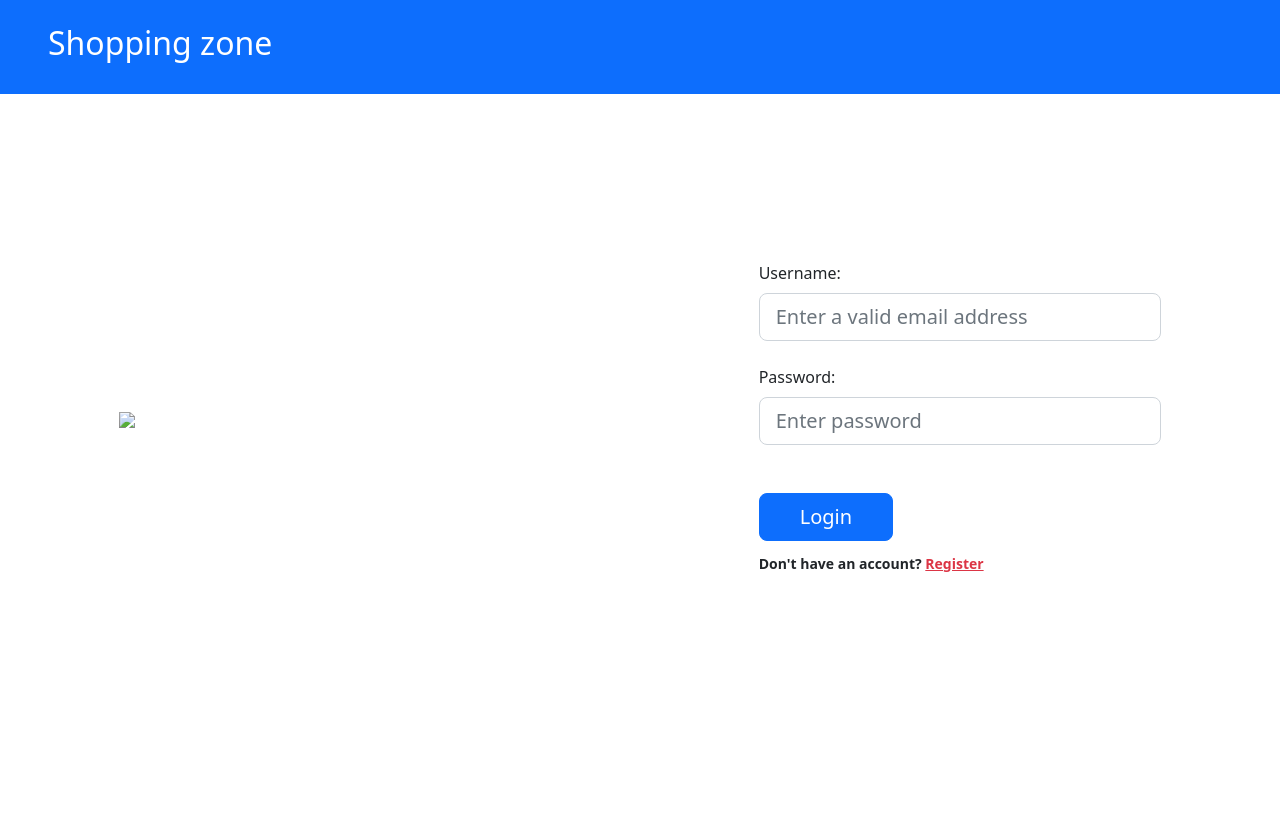
Repository: Rishicollinz/Java_Fullstack
Page: http://localhost/shoppingzone/login
The author's editor kept a copy of each file at every save. The page is drawn from the files as they stood at one save, then again after the next save.
The browser window is 1280 px wide. The pictures show the whole page.
The page is served by Tomcat 9. Other server files are loaded and not shown. Queries for data that is not in the repository find no rows.

Above is the page before, as saved 2023-05-21 05:18:30.

### Eclipse 2/shoppingzone/src/main/webapp/login.jsp
<%@ page language="java" contentType="text/html; charset=UTF-8"
    pageEncoding="UTF-8"%>
    <%@ taglib prefix="c" uri="http://java.sun.com/jsp/jstl/core" %>
<!DOCTYPE html>
<html>
<head>
<meta charset="UTF-8">
<title>Login page</title>

<meta charset="utf-8">
  <meta name="viewport" content="width=device-width, initial-scale=1">
  <link href="https://cdn.jsdelivr.net/npm/bootstrap@5.2.3/dist/css/bootstrap.min.css" rel="stylesheet">
  <script src="https://cdn.jsdelivr.net/npm/bootstrap@5.2.3/dist/js/bootstrap.bundle.min.js"></script>
<style>
.divider:after,
.divider:before {
content: "";
flex: 1;
height: 1px;
background: #eee;
}
.h-custom {
height: calc(100% - 73px);
}
@media (max-width: 450px) {
.h-custom {
height: 100%;
}
}
</style>
</head>

<body>
<div
    class="d-flex flex-column flex-md-row text-center text-md-start justify-content-between py-4 px-4 px-xl-5 bg-primary">
<h2 style="color: white">Shopping zone</h2>
</div>
<section class="vh-100">
  <div class="container-fluid h-custom">
    <div class="row d-flex justify-content-center align-items-center h-100">
      <div class="col-md-9 col-lg-6 col-xl-5">
		  <img src="img/szlogo.png">
      </div>
      <div class="col-md-8 col-lg-6 col-xl-4 offset-xl-1">
        <form action="login" method="post">


          <!-- Username input -->
          <div class="form-outline mb-4">
          	<label class="form-label" for="form3Example3">Username:</label>
            <input type="text" id="form3Example3" class="form-control form-control-lg"
              placeholder="Enter a valid email address" name="username"/>
          </div>

          <!-- Password input -->
          <div class="form-outline mb-3">
          	<label class="form-label" for="form3Example4">Password:</label>
            <input type="password" id="form3Example4" class="form-control form-control-lg"
              placeholder="Enter password" name="password" />
          </div>

          <div class="d-flex justify-content-between align-items-center">

          </div>

          <div class="text-center text-lg-start mt-4 pt-2">
            <button type="submit" class="btn btn-primary btn-lg"
              style="padding-left: 2.5rem; padding-right: 2.5rem;">Login</button>
            <p class="small fw-bold mt-2 pt-1 mb-0">Don't have an account? <a href="register.jsp"
                class="link-danger">Register</a></p>
          </div>

        </form>
      </div>
    </div>
  </div>
</section>

</body>
</html>

### Eclipse 2/shoppingzone/src/main/java/login/LoginUserServlet.java
package login;

import java.io.IOException;
import java.sql.SQLException;

import javax.servlet.RequestDispatcher;
import javax.servlet.ServletException;
import javax.servlet.annotation.WebServlet;
import javax.servlet.http.HttpServlet;
import javax.servlet.http.HttpServletRequest;
import javax.servlet.http.HttpServletResponse;

/**
 * Servlet implementation class LoginUserServlet
 */
@WebServlet("/")
public class LoginUserServlet extends HttpServlet {
	private static final long serialVersionUID = 1L;
	private LoginUserDao loginUserDao;

    /**
     * Default constructor.
     */
    public LoginUserServlet() {
        // TODO Auto-generated constructor stub
    	this.loginUserDao=new LoginUserDao();
    }

	/**
	 * @see HttpServlet#doGet(HttpServletRequest request, HttpServletResponse response)
	 */
	protected void doGet(HttpServletRequest request, HttpServletResponse response) throws ServletException, IOException {
		// TODO Auto-generated method stub
		String action=request.getServletPath();
		try{
			switch(action) {
				case "/login":
					loginCheck(request,response);
					break;
			}
		}catch(Exception e) {
			throw new ServletException(e);
		}
	}

	private void loginCheck(HttpServletRequest request, HttpServletResponse response) throws ServletException,SQLException, IOException {
		// TODO Auto-generated method stub

		String username=request.getParameter("username");
		String password=request.getParameter("password");
		Boolean verify=loginUserDao.loginVerify(username, password);
		if(verify==false) {
			System.out.println("false");
			RequestDispatcher dis=request.getRequestDispatcher("login.jsp");
			dis.forward(request, response);
		}if(verify==true) {
			response.sendRedirect("register.jsp");
		}

	}

	/**
	 * @see HttpServlet#doPost(HttpServletRequest request, HttpServletResponse response)
	 */
	protected void doPost(HttpServletRequest request, HttpServletResponse response) throws ServletException, IOException {
		// TODO Auto-generated method stub
		doGet(request, response);
	}

}

After the next save:
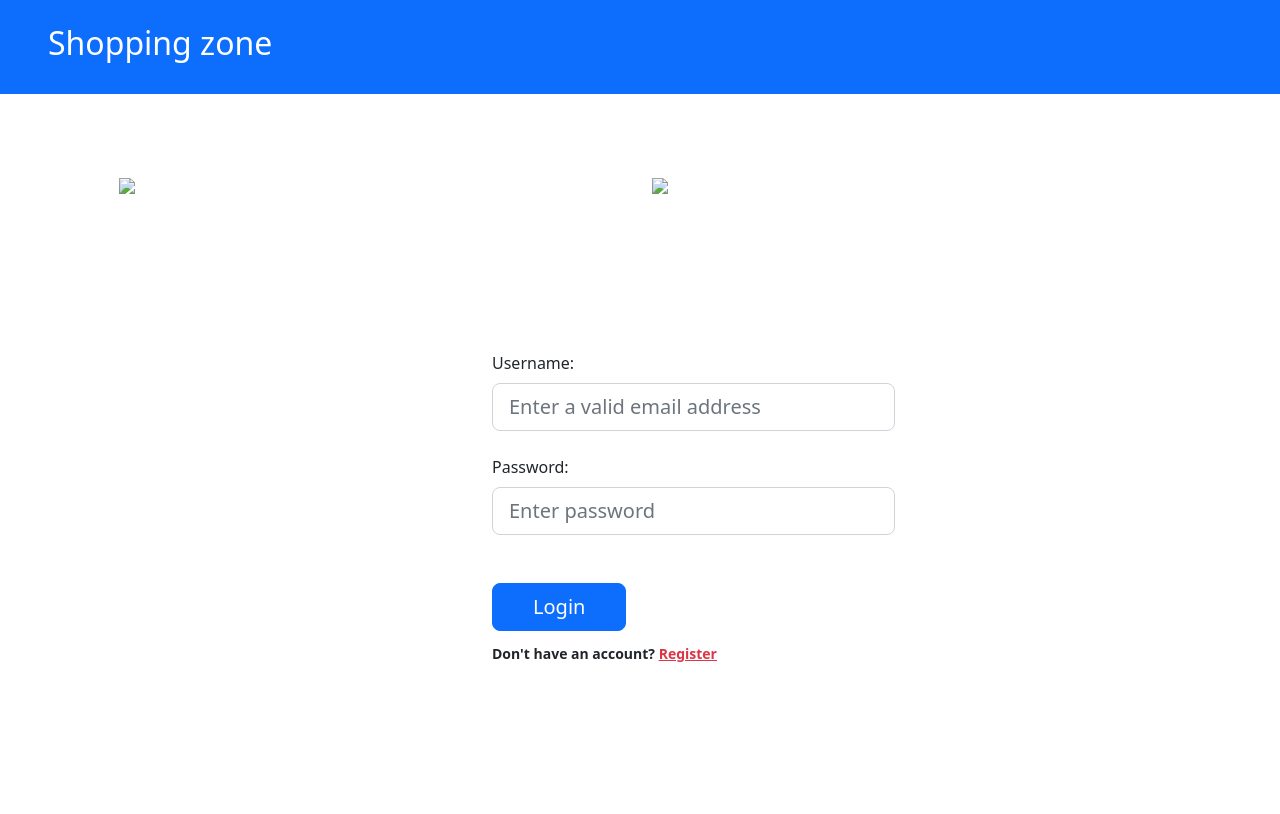
Saved 3 min 48 s later.
--- a/Eclipse 2/shoppingzone/src/main/webapp/login.jsp
+++ b/Eclipse 2/shoppingzone/src/main/webapp/login.jsp
@@ -41,6 +41,9 @@
       <div class="col-md-9 col-lg-6 col-xl-5">
 		  <img src="img/szlogo.png">
       </div>
+      <div class="col-md-9 col-lg-6 col-xl-5">
+		  <img src="img/szlogo.png">
+      </div>
       <div class="col-md-8 col-lg-6 col-xl-4 offset-xl-1">
         <form action="login" method="post">
 

After the save that followed:
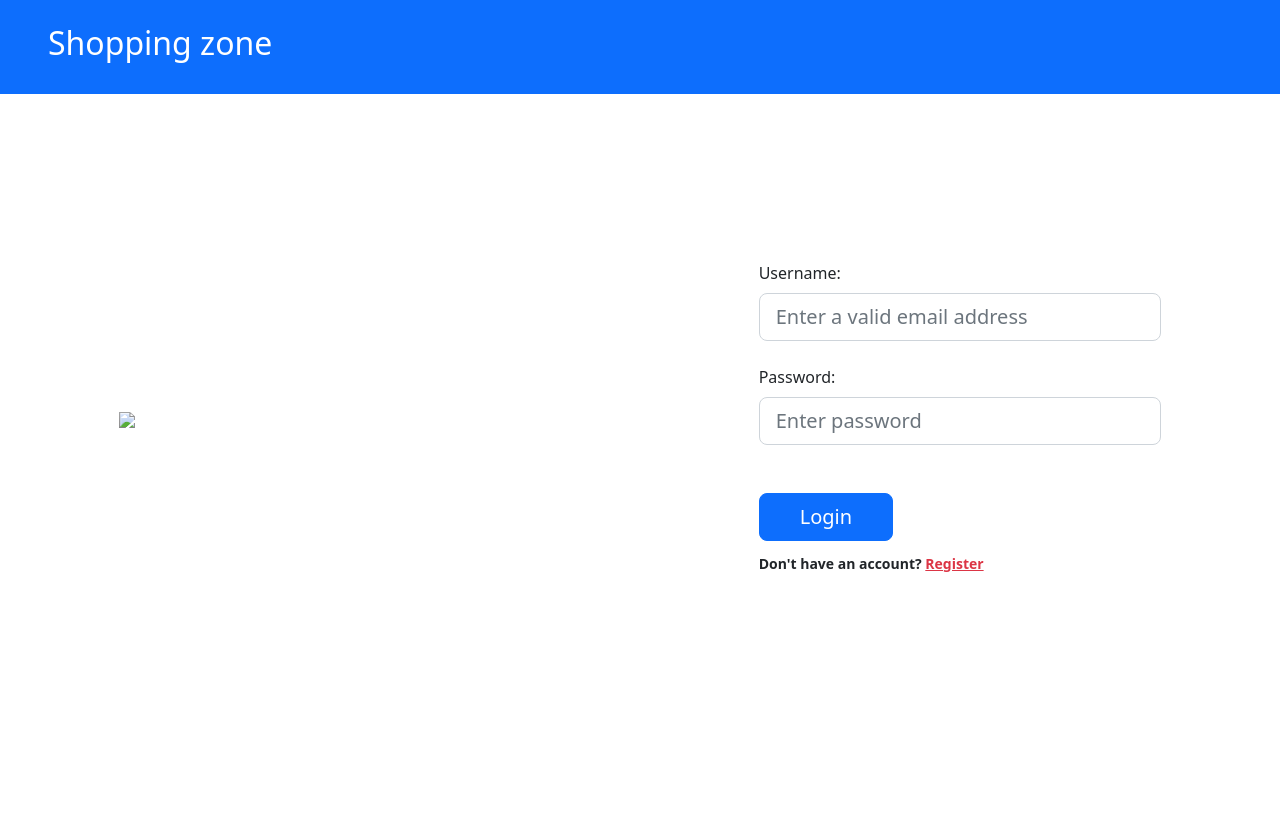
Saved 11 s later.
--- a/Eclipse 2/shoppingzone/src/main/webapp/login.jsp
+++ b/Eclipse 2/shoppingzone/src/main/webapp/login.jsp
@@ -41,9 +41,6 @@
       <div class="col-md-9 col-lg-6 col-xl-5">
 		  <img src="img/szlogo.png">
       </div>
-      <div class="col-md-9 col-lg-6 col-xl-5">
-		  <img src="img/szlogo.png">
-      </div>
       <div class="col-md-8 col-lg-6 col-xl-4 offset-xl-1">
         <form action="login" method="post">
 
